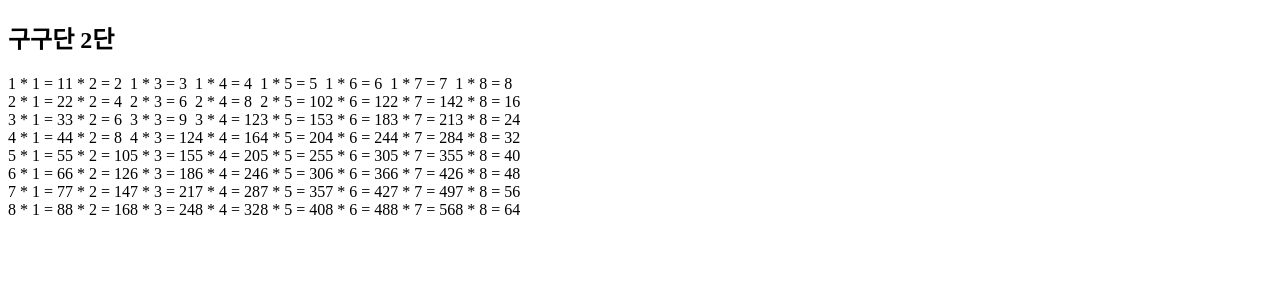
Repository: poiup/jsp_practice
Page: http://localhost/20210128/jspTag/Scriptlet.jsp
These files come from the project's save history. The page is drawn as it stood at one moment and after the next save; the edit follows.
The browser window is 1280 px wide. The pictures show the whole page.
The page is served by Tomcat 9.

Above is the page before, as saved 2022-01-28 02:48:53.

### 20210128/src/main/webapp/jspTag/Scriptlet.jsp
<%@ page language="java" contentType="text/html; charset=UTF-8"
    pageEncoding="UTF-8"%>
<!DOCTYPE html>
<html>
<head>
<meta charset="UTF-8">
<title>Insert title here</title>
</head>
<body>
	<!-- 하단에 구구닫ㄴ 코드를 작성해주세요
	System.out.println() 이 괄호내 구문에 콘솔이 찍히게 해줫다면
	out.println()은 html화면에 괄호 내 구문을 콘솔에 찍히게 해줍니다.
	(javascript의 document.write()와 같은역활 -->
	<h2>구구단 2단</h2>
	<% for(int i = 1; i< 9; i++){
	%><div style = "float : left;"><%
		for(int j = 1; j< 9; j++){
		out.println(j + " * " + i + " = " + j*i);
	%></br><%
		}
	%></div><%
	}%>
</body>
</html>

After the next save:
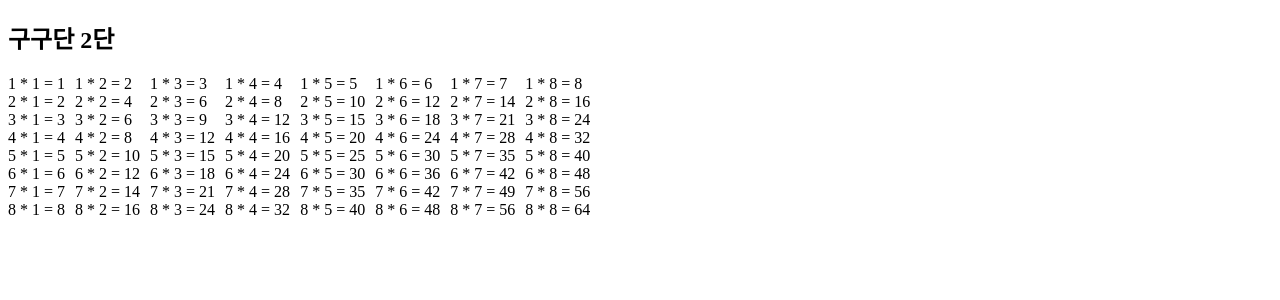
Saved 19 s later.
--- a/20210128/src/main/webapp/jspTag/Scriptlet.jsp
+++ b/20210128/src/main/webapp/jspTag/Scriptlet.jsp
@@ -13,7 +13,7 @@
 	(javascript의 document.write()와 같은역활 -->
 	<h2>구구단 2단</h2>
 	<% for(int i = 1; i< 9; i++){
-	%><div style = "float : left;"><%
+	%><div style = "float : left; margin-right : 10px"><%
 		for(int j = 1; j< 9; j++){
 		out.println(j + " * " + i + " = " + j*i);
 	%></br><%

After the save that followed:
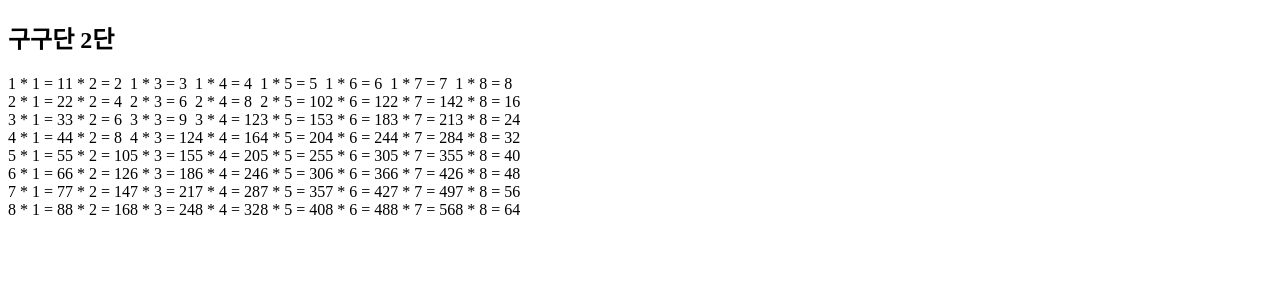
Saved 26 s later.
--- a/20210128/src/main/webapp/jspTag/Scriptlet.jsp
+++ b/20210128/src/main/webapp/jspTag/Scriptlet.jsp
@@ -13,7 +13,7 @@
 	(javascript의 document.write()와 같은역활 -->
 	<h2>구구단 2단</h2>
 	<% for(int i = 1; i< 9; i++){
-	%><div style = "float : left; margin-right : 10px"><%
+	%><div style = "float : left" style = "margin-left : 10px"><%
 		for(int j = 1; j< 9; j++){
 		out.println(j + " * " + i + " = " + j*i);
 	%></br><%
